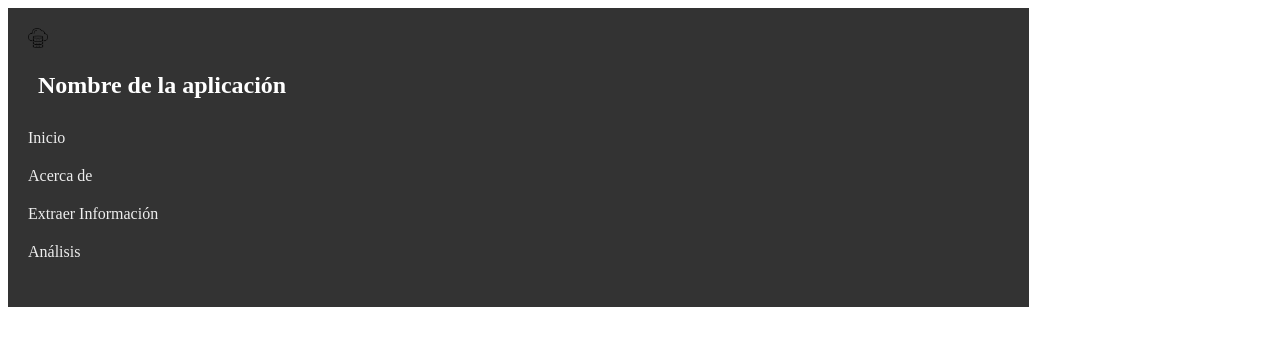
Repository: marcoBartolo55/data_analysis_app_-dev_project
Page: http://localhost/
The author's editor kept a copy of each file at every save. The page is drawn from the files as they stood at one save, then again after the next save.
The browser window is 1280 px wide. The pictures show the whole page.
The page is served by the project's application, run on Flask 3 (app/app.py). Other server files are loaded and not shown.

Above is the page before, as saved 2025-10-19 22:42:55.

### templates/index.html
<!DOCTYPE html>
<html lang="en">

<head>
    <meta charset="UTF-8">
    <meta name="viewport" content="width=device-width, initial-scale=1.0">
    <link rel="stylesheet" href="/static/styles/index.css">
    <title>Inicio</title>
</head>

<body>
    <div class="container">
        <div class="side-bar">
            <div class="logo-div">
                <img class="logo-img" src="../static/images/logo.png" alt="Logo">
            </div>
            <div class="title-div">
                <h2>Nombre de la aplicación</h2>
            </div>
            <nav>
                <ul>
                    <li><a href="index.html">Inicio</a></li>
                    <li><a href="about.html">Acerca de</a></li>
                    <li><a href="data.html">Extraer Información</a></li>
                    <li><a href="chart.html">Análisis</a></li>
                </ul>
            </nav>
        </div>
        <div class="content-area">

        </div>
    </div>
</body>

</html>

### app/app.py
from flask.templating import render_template
from flask import Flask
import os

BASE_DIR = os.path.abspath(os.path.dirname(__file__))

app = Flask(__name__,
            template_folder=os.path.join(BASE_DIR, '../templates'),
            static_folder=os.path.join(BASE_DIR, '../static')
           )
@app.route('/')
def index():
    return render_template('index.html')

if __name__ == '__main__':
    app.run(debug=True)

### static/styles/index.css
.container{
    display: flex;
    flex-direction: row;
    flex-wrap: wrap;
    align-items: stretch;
}

.side-bar{
    flex-grow: 4;
    width: 250px;

    /* Evita que la barra se encoja si el contenido es muy grande */

    background-color: #333;
    color: white;
    padding: 20px;
}

/* Estilos simples para los enlaces del menú */
.side-bar nav ul {
    list-style: none;
    padding: 0;
}
.side-bar nav a {
    color: #eee;
    text-decoration: none;
    display: block;
    padding: 10px 0;
}
.side-bar nav a:hover {
    background-color: #555;
}

.logo-img{
    flex-grow: 0;
    width: 20px;
    height: auto;
}

.title-div{
    flex-grow: 1;
    margin-left: 10px;
}

.content-area{
    /* ¡Esta es la clave! */
    /* Le dice al contenido que ocupe todo el espacio restante */
    flex-grow: 1;

    padding: 30px;

    /* Añade scroll solo a esta área si el contenido es muy largo */
    overflow-y: auto;
}

After the next save:
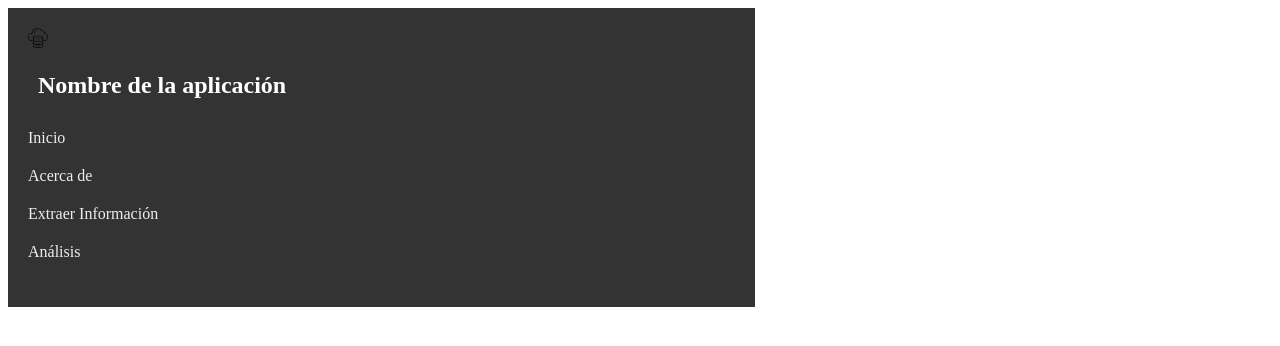
Saved 50 s later.
--- a/static/styles/index.css
+++ b/static/styles/index.css
@@ -6,7 +6,7 @@
 }
 
 .side-bar{
-    flex-grow: 4;
+    flex-grow: 1;
     width: 250px;
 
     /* Evita que la barra se encoja si el contenido es muy grande */
